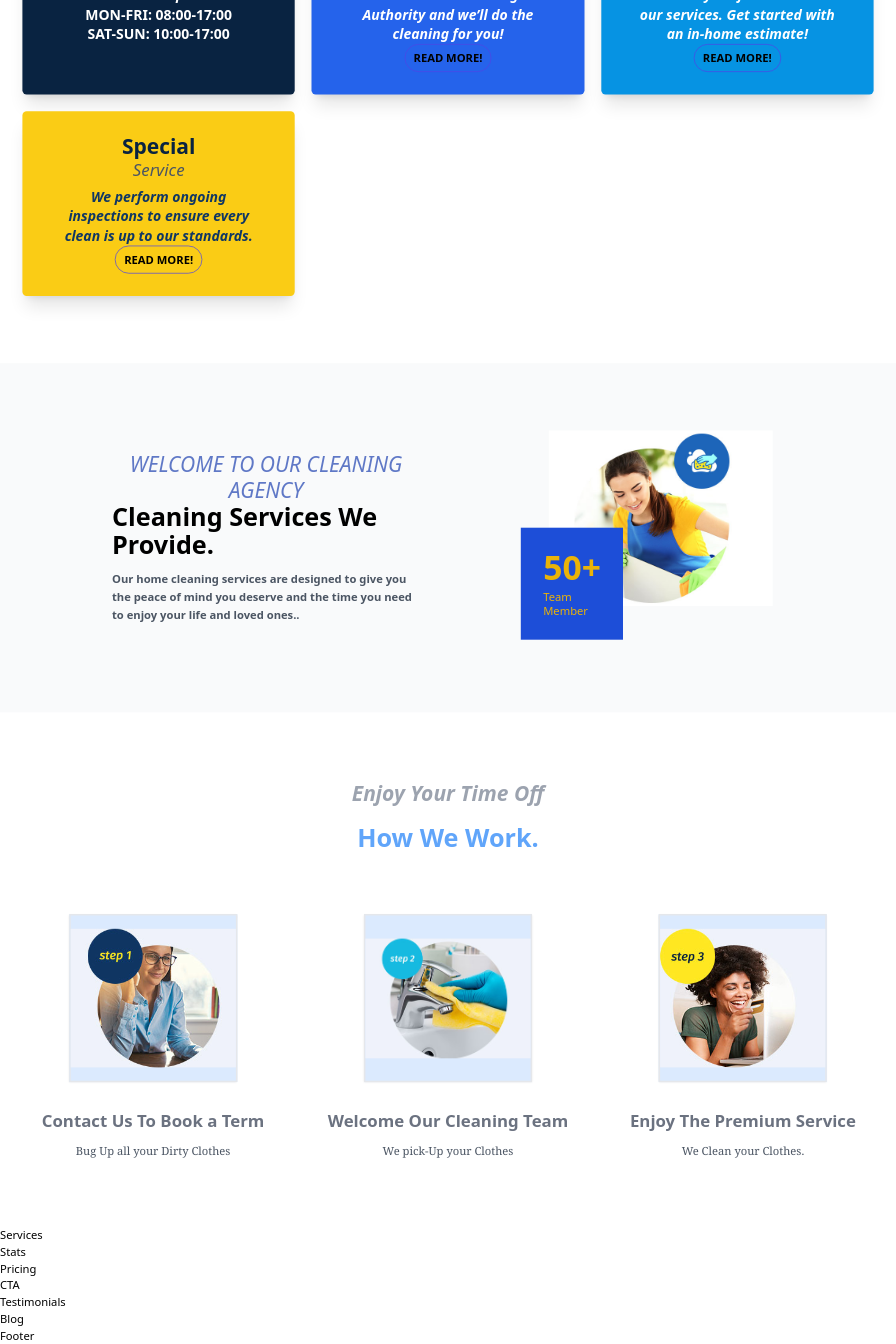
Repository: remydev47/cleonara
Page: /
An editor plug-in stored every save of this project. The page is shown before and after the next save, followed by the edit.
The browser window is 1280 px wide. The pictures show the part of the page from y = 1097 to 3017 px (the page is 3017 px tall before and 2967 px after), at 70% of full size.
The project was rebuilt for these pictures with package versions that can differ from the ones it lists, and the page was loaded fresh each time. The framework's server and built-in components were replaced by stand-ins that run in the browser. Also part of the build but not shown: next.config.js.

Above is the page before, as saved 2022-11-01 13:15:43.

### pages/_app.tsx
import '../styles/globals.css'
import type { AppProps } from 'next/app'
import Header from '../components/Header'

function MyApp({ Component, pageProps }: AppProps) {
  return(
    <>
      <Header />
      <Component {...pageProps} />
    </>

  )
}

export default MyApp

### pages/index.tsx
import type { NextPage } from 'next'
import Head from 'next/head'
import Image from 'next/image'
import { AboutUs, CTA, Hero, Offers, Pricing, Services, Blog, Stats, Steps, Testimonials, Footer } from '../components'

const Home: NextPage = () => {
  return (
    <div className="">
      <Head>
        <title>CLEONARA</title>
        <link rel="icon" href="/favicon.ico" />
      </Head>
      <Hero/>
      <Offers />
      <AboutUs />
      <Steps />
      <Services />
      <Stats />
      <Pricing />
      <CTA />
      <Testimonials />
      <Blog />
      <Footer />
    </div>
  )
}

export default Home

### components/Header.tsx
import React from 'react';
import { navLinks } from '../constants';
import Menupopover from './Menupopover';
import Image from 'next/image';
import Logo from './Logo';
import { Button } from './Button';

const Header = () => {
  return (
    <header className="fixed inset-x-0 bg-[#092341] z-20 flex justify-between items-center py-2 px-2 shadow-lg dark:bg-slate-900 sm:py-3 sm:px-8">
            <div className='flex grow-0 basis-1/3 md:hidden'>
                <Menupopover />
            </div>

             <div className='flex grow-0 ml-2 justify-center md:justify-start'>
                <Logo />

            </div>


            <ul className="list-none sm:flex hidden justify-center items-center flex-1">
            {navLinks.map((nav, index) => (
                <li
                key={nav.id}
                className={`font-bold cursor-pointer text-[16px] hover:text-blue-400
                   ${index === navLinks.length - 1 ? 'mr-0' : 'mr-10'}
                  text-white `}
                >
                    <a>{nav.title}</a>
                </li>
            ))}
           </ul>

          <div className='sm:flex hidden'>
            <Button variant='solid'>
              GET A QUOTE!
            </Button>
          </div>

        </header>
  )
}

export default Header

### components/index.ts
import Hero from "./Hero";
import Offers from "./Offers";
import AboutUs from "./AboutUs";
import Steps from "./Steps";
import Services from "./Services";
import Stats from "./Stats";
import Pricing from "./Pricing";
import CTA from "./CTA";
import Testimonials from "./Testimonials";
import Blog from "./Blog";
import Footer from "./Footer";

export {
    Hero, Offers, AboutUs, Steps, Services, Stats, Pricing, CTA, Testimonials, Blog, Footer
}

### constants/index.ts
export const navLinks=[
    {
        id:"home",
        title:"Home",
    },
    {
        id:"services",
        title:"Services",
    },
    {
        id:"AboutUs",
        title:"AboutUs",
    },
    {
        id:"pricing",
        title:"Pricing",
    },
    {
        id:"blog",
        title:"Blog",
    },
    {
        id:"reviews",
        title:"Reviews",
    },
    {
        id:"contacts",
        title:"Contacts",
    },
]

### components/Menupopover.tsx
import React, {useState, Fragment} from 'react';
import { navLinks } from '../constants';
import { IconButton, Button } from './Button';
import { Transition, Dialog } from '@headlessui/react';
import Logo from './Logo';
import Image from 'next/image';

const Menupopover = () => {
  const [isOpen, setIsOpen] = useState(false)

  return (
    <div>
    <IconButton
      variant='ghost'
      aria-label='menu'
      onClick={() => setIsOpen(!isOpen)}
    >
      <svg className='h-6 w-6 ' fill='none' stroke='currentColor'>
        <path
          strokeLinecap='round'
          strokeLinejoin='round'
          strokeWidth={2}
          d='M4 6h16M4 12h16M4 18h16'
        />
      </svg>
    </IconButton>
    <Transition
      show={isOpen}
      appear
      as={Fragment}
      enter='transform transition ease-in-out duration-300'
      enterFrom='-translate-x-full'
      enterTo='translate-x-0'
      leave='transform transition ease-in-out duration-300 delay-200'
      leaveFrom='translate-x-0'
      leaveTo='-translate-x-full'
     >
     <Dialog
       as='div'
       className={`fixed inset-0 z-50`}
       onClose={setIsOpen}
       open={isOpen}
       >
       <Transition.Child
         as={Fragment}
         enter='ease-out duration-300 delay-300'
         enterFrom='opacity-0'
         enterTo='opacity-100'
         leave='ease-in duration-200'
         leaveFrom='opacity-100'
         leaveTo='opacity-0'
       >

        <Dialog.Overlay
          className={`fixed inset-0 bg-black/20 backdrop-blur-sm dark:bg-gray-900/80`}
         />
      </Transition.Child>
       <div className={styles.dialogcontainer}>
        <a className='mx-auto mt-4 flex w-[140px] '>
          <Logo />
        </a>
        <ul
            className={styles.navWrapper2}
         >
            {navLinks.map((nav, index) => (
                <li
                 key={nav.id}
                 className={` font-bold cursor-pointer text-[16px]
                  mt-2 border-t border-slate-200 py-4 dark:border-slate-600
                  ${index === navLinks.length - 1 ? 'mr-0' : 'mb-4'}
                  text-white `}
                >
                 <a href={`#${nav.id}`}>
                    {nav.title}
                 </a>
                </li>
             ))}
         </ul>

        <IconButton
          variant='ghost'
          aria-label='close menu'
          className='absolute top-5 right-5'
          onClick={() => setIsOpen(false)}
        >
          <svg
            viewBox='0 0 10 10'
            className='h-2.5 w-2.5 overflow-visible'
            aria-hidden='true'
          >
            <path
                d='M0 0L10 10M10 0L0 10'
                fill='none'
                stroke='currentColor'
                strokeWidth='2'
                strokeLinecap='round'
              />
          </svg>
        </IconButton>
       </div>
     </Dialog>
    </Transition>
  </div>
  )
}

export default Menupopover;

const styles ={
  dialogcontainer:`fixed top-0 bottom-0 left-0 w-full max-w-xs rounded-r-xl bg-[#092341] p-6 shadow-lg dark:bg-gray-800`,
  menuitems:`group relative flex h-9 items-center oveflow-hidden rounded-md hover:bg-slate-200/50`,
  navWrapper2:`list-none flex flex-col justify-end items-center flex-1`,
}

### components/Logo.tsx
import React from 'react'
import Image from 'next/image'

const Logo = () => {
  return (
    <div>
        <Image
          src='/images/logo.png'
          alt='Cleonara'
          height={80}
          width={150}
        />
    </div>
  )
}

export default Logo

### components/Button/index.tsx
import React, { forwardRef } from "react";
//import { __DEV__ } from "../../utils/assertions";

type BaseButtonProps = Omit<React.HTMLProps<HTMLButtonElement>, "size">;

/* === Button Element === */

export interface ButtonProps extends BaseButtonProps {
  children: React.ReactNode;
  fullWidth?: boolean;
  className?: string;
  variant?: "solid" | "outline" | "ghost";
  size?: "sm" | "md" | "lg";
  as?: string;
  isExternal?: boolean;
  type?: "button" | "submit" | "reset";
}

export const Button = forwardRef<HTMLButtonElement, ButtonProps>(
  (
    {
      children,
      variant = "solid",
      size = "md",
      fullWidth = false,
      className,
      as = "button",
      isExternal = false,
      ...rest
    },
    ref
  ) => {
    let tempClassNames: string[] = [];

    const sharedClasses = [
      "capitalize",
      "focus:outline-none",
      "focus:ring-2",
      "focus:ring-indigo-400",
      "focus:ring-offset-2",
      "focus:ring-offset-indigo-50",
      "font-semibold",
      "rounded-full",
      "inline-flex",
      "flex-shrink-0",
      "items-center",
      "justify-center",
      "transition-colors",
      "ease-in-out",
      "duration-500",
    ];

    if (fullWidth) sharedClasses.push("w-full");

    // handle variants
    let btnSolid = ["bg-indigo-600", "hover:bg-indigo-700", "text-white"];
    let btnOutline = [
      "dark:text-white",
      "hover:text-indigo-700",
      "hover:dark:text-indigo-700",
      "bg-transparent",
      "hover:bg-indigo-50",
      "border",
      "border-indigo-600",
    ];
    let btnGhost = [
      "bg-transparent",
      "dark:text-white",
      "hover:bg-indigo-50",
      "hover:text-indigo-700",
      "hover:dark:text-indigo-700",
    ];

    if (variant === "solid") {
      tempClassNames = [...sharedClasses, ...btnSolid];
    } else if (variant === "outline") {
      tempClassNames = [...sharedClasses, ...btnOutline];
    } else if (variant === "ghost") {
      tempClassNames = [...sharedClasses, ...btnGhost];
    }

    // handle sizes
    let sizeSm = ["h-8", "px-2", "text-sm"];
    let sizeMd = ["h-10", "px-3"];
    let sizeLg = ["h-12", "px-4", "text-lg"];

    if (size === "sm") {
      tempClassNames = [...tempClassNames, ...sizeSm];
    } else if (size === "md") {
      tempClassNames = [...tempClassNames, ...sizeMd];
    } else if (size === "lg") {
      tempClassNames = [...tempClassNames, ...sizeLg];
    }

    let classes = tempClassNames.join(" ");

    let Element = as ? (
      React.createElement(
        as,
        {
          className: `${classes} ${className}`,
          target: isExternal ? "_blank" : undefined,
          rel: isExternal ? "noopener noreferrer" : undefined,
          ref,
          ...rest,
        },
        children
      )
    ) : (
      <button {...rest} className={`${classes} ${className}`} ref={ref}>
        {children}
      </button>
    );

    return Element;
  }
);

// if (__DEV__) {
//   Button.displayName = "Button";
// }

/* === IconButton Element === */

export interface IconButtonProps extends ButtonProps {
  icon?: React.ReactElement;
  "aria-label": string;
}

export const IconButton = forwardRef<HTMLButtonElement, IconButtonProps>(
  (
    {
      children,
      icon,
      className,
      "aria-label": ariaLabel,
      size = "md",
      ...rest
    },
    ref
  ) => {
    let sharedClasses = ["rounded-full", "!px-0"];

    // handle sizes
    let sizeSm = ["w-8"];
    let sizeMd = ["w-10"];
    let sizeLg = ["w-12"];

    if (size === "sm") {
      sharedClasses = [...sharedClasses, ...sizeSm];
    } else if (size === "md") {
      sharedClasses = [...sharedClasses, ...sizeMd];
    } else if (size === "lg") {
      sharedClasses = [...sharedClasses, ...sizeLg];
    }

    /**
     * Passing the icon as prop or children should work
     */
    const element = icon || children;
    const _children = React.isValidElement(element)
      ? React.cloneElement(element as any, {
          "aria-hidden": true,
          focusable: false,
        })
      : null;

    let classes = sharedClasses.join(" ");
    return (
      <Button
        className={`${classes} ${className}`}
        aria-label={ariaLabel}
        size={size}
        {...rest}
        ref={ref}
      >
        {_children}
      </Button>
    );
  }
)

### components/Hero.tsx
import React from 'react'

const Hero = () => {
  return (
    <section className='relative pt-48 pb-12 xl:pt-60 sm:pb-16 lg:pb-32 xl:pb-48 2xl:pb-56'>
    <div className="absolute inset-0">
     <img className="object-cover w-full h-full" src="/images/7.jpg" alt="" />
    </div>
   <div className='relative'>
    <div className="px-6 mx-auto sm:px-8 lg:px-12 max-w-7xl">
      <div className="w-full lg:w-2/3 xl:w-1/2">
        <h1 className="font-serif text-xl font-bold tracking-tight text-white text-opacity-70 text-center">Proffesional Cleaning Services</h1>
        <p className="mt-6 tracking-tighter text-[#656b72]">
          <span className="font-sans font-bold text-6xl">BEST CLEANING </span><br />
          <span className="font-serif italic font-BOLD text-7xl">SERVICES IN TOWN</span>
        </p>
        <p className="mt-8 font-erif text-xl font-normal text-[#656b72]">
         Our professional and experienced cleaning staff does the job right the first time are Carefully selected Give them a deep.
        </p>
      </div>
    </div>
   </div>
  </section>
  )
}

export default Hero

### components/Offers.tsx
import React from 'react'
import { Button } from './Button'

const Offers = () => {
  return (
    <section className="bg-[#fff] sm:py-16 lg:py-24">
    <div className="px-4 mx-auto max-w-7xl sm:px-6 lg:px-8">
    <div className="max-w-2xl mx-auto text-center">
      <h2 className="text-xl italic font-semibold leading-tight text-black  lg:text-2xl">What We Offer</h2>
    </div>

    <div className="grid max-w-md grid-cols-1 gap-6 mx-auto mt-8 text-center lg:max-w-full lg:mt-16 lg:grid-cols-3">

        <div className="overflow-hidden bg-[#092341] shadow-xl border-gray-300 rounded-md">
          <div className="p-8 xl:px-12 flex flex-col items-center justify-center">
             <div className='flex flex-col'>
               <h1 className='text-3xl font-semibold text-white'>Opening</h1>
               <span className='italic text-2xl text-blue-400'>HOURS</span>
             </div>
             <h2 className='font-bold text-xl italic text-white text-center mt-2'>
               We are Open
             </h2>
             <p className='text-xl text-white text-center font-bold'>
               MON-FRI: 08:00-17:00
             </p>
             <p className='text-xl text-white text-center font-bold'>
               SAT-SUN: 10:00-17:00
             </p>
          </div>
        </div>

        <div className="overflow-hidden bg-blue-600 shadow-xl border-gray-300 rounded-md">
          <div className="p-8 xl:px-12 flex flex-col items-center justify-center">
             <div className='flex flex-col'>
               <h1 className='text-3xl font-semibold text-white'>Commercial</h1>
               <span className='italic text-2xl text-yellow-400'>Service</span>
             </div>
             <h2 className='font-bold text-xl italic text-white text-center mt-2'>
                Contact The Cleaning Authority and we’ll do the cleaning for you!
             </h2>
             <p>
              <Button variant='outline'>
                READ MORE!
              </Button>
             </p>
          </div>
        </div>


        <div className="overflow-hidden bg-[#0693e3] shadow-xl border-gray-300 rounded-md">
          <div className="p-8 xl:px-12 flex flex-col items-center justify-center">
             <div className='flex flex-col'>
               <h1 className='text-3xl font-semibold text-white'>Residential</h1>
               <span className='italic text-2xl text-yellow-400'>Services</span>
             </div>
             <h2 className='font-bold text-xl italic text-white text-center mt-2'>
               Invest in your free time with our services. Get started with an in-home estimate!
             </h2>
             <p>
              <Button variant='outline'>
                READ MORE!
              </Button>
             </p>
          </div>
        </div>

        <div className="overflow-hidden bg-yellow-400 shadow-xl border-gray-300 rounded-md">
          <div className="p-8 xl:px-12 flex flex-col items-center justify-center">
             <div className='flex flex-col'>
               <h1 className='text-3xl font-semibold text-[#092341]'>Special</h1>
               <span className='italic text-2xl text-gray-600'>Service</span>
             </div>
             <h2 className='font-bold text-xl italic text-[#0f3664] text-center mt-2'>
              We perform ongoing inspections to ensure every clean is up to our standards.
             </h2>
             <p>
              <Button variant='outline'>
                READ MORE!
              </Button>
             </p>
          </div>
        </div>

    </div>
</div>
</section>
  )
}

export default Offers

### components/AboutUs.tsx
import React from 'react'

const AboutUs = () => {
  return (
    <section className="py-6 bg-gray-50 sm:py-16 lg:py-24">
    <div className="max-w-5xl px-4 mx-auto sm:px-6 lg:px-8">
        <div className="grid items-center grid-cols-1 gap-y-6 md:grid-cols-2 md:gap-x-20">
            <div className="">
                <h1 className='text-3xl italic text-blue-800/70 text-center'>WELCOME TO OUR CLEANING AGENCY</h1>
                <h2 className="text-4xl font-bold leading-tight text-black sm:text-4xl lg:text-4xl">Cleaning Services We Provide.</h2>
                <p className="mt-4 text-base leading-relaxed text-gray-600 font-semibold">
                 Our home cleaning services are designed to give you the peace of mind you deserve and the time you need to enjoy your life and loved ones..
                </p>
            </div>

            <div className=" pl-20 pr-6 sm:pl-6 md:px-0">
                <div className="relative w-full max-w-xs mt-4 mb-10 ml-auto">
                 <img className="relative -top-4 -left-4" src="/images/Cleaning.jpg" alt="" />



                    <div className="absolute -bottom-10 -left-16 m-2">


                          <div className="px-8 py-8 bg-blue-700">
                               <span className="block text-4xl font-bold text-yellow-500 lg:text-5xl"> 50+ </span>
                                <span className="block mt-2 text-base leading-tight text-yellow-500"> Team<br />Member</span>
                            </div>
                    </div>
                </div>
            </div>
        </div>
    </div>
</section>
  )
}

export default AboutUs

### components/Steps.tsx
import React from 'react'

const Steps = () => {
  return (
    <section className="py-10  bg-white sm:py-16 lg:py-24">
    <div className="px-4 mx-auto max-w-7xl sm:px-6 lg:px-8">
        <div className="max-w-2xl mx-auto text-center">
            <h2 className="text-3xl italic font-semibold leading-tight text-gray-400">Enjoy Your Time Off</h2>
            <p className="mx-auto mt-4 text-4xl font-bold leading-relaxed text-blue-400">
              How We Work.
            </p>
        </div>

        <div className="relative mt-12 lg:mt-20">


            <div className="relative grid grid-cols-1 text-center gap-y-12 md:grid-cols-3 gap-x-12">
                <div>
                    <div className="flex items-center justify-center w-60 h-60 mx-auto bg-blue-100 border-2 border-gray-200 shadow">
                        <span className="text-xl font-semibold text-gray-700">
                            <img src='/images/step-1.jpg' className='h-full w-full ' />
                        </span>
                    </div>
                    <h3 className="mt-6 text-2xl font-bold leading-tight text-gray-500 md:mt-10">Contact Us To Book a Term</h3>
                    <p className="mt-4 font-serif text-base text-gray-600">Bug Up all your Dirty Clothes</p>
                </div>

                <div>
                    <div className="flex items-center justify-center w-60 h-60 mx-auto bg-blue-100 border-2 border-gray-200 shadow">
                        <span className="text-xl font-semibold text-gray-700">
                          <img src='/images/step-2.jpg' className='h-full w-full ' />
                        </span>
                    </div>
                    <h3 className="mt-6 text-2xl font-bold leading-tight text-gray-500 md:mt-10">Welcome Our Cleaning Team</h3>
                    <p className="mt-4 font-serif text-base text-gray-600">We pick-Up your Clothes</p>
                </div>

                <div>
                    <div className="flex items-center justify-center w-60 h-60 mx-auto bg-blue-100 border-2 border-gray-200 shadow">
                        <span className="text-xl font-semibold text-gray-700">
                        <img src='/images/step-3.jpg' className='h-full w-full ' />
                        </span>
                    </div>
                    <h3 className="mt-6 text-2xl font-bold leading-tight text-gray-500 md:mt-10">Enjoy The Premium Service</h3>
                    <p className="mt-4 font-serif text-base text-gray-600">We Clean your Clothes.</p>
                </div>

            </div>
        </div>
    </div>
 </section>
  )
}

export default Steps

Loaded but not shown: styles/globals.css (common file); components/Services.tsx (common file); components/Stats.tsx (common file); components/Pricing.tsx (common file); components/CTA.tsx (common file); components/Testimonials.tsx (common file); components/Blog.tsx (common file); components/Footer.tsx (common file); tailwind.config.js (common file)

After the next save:
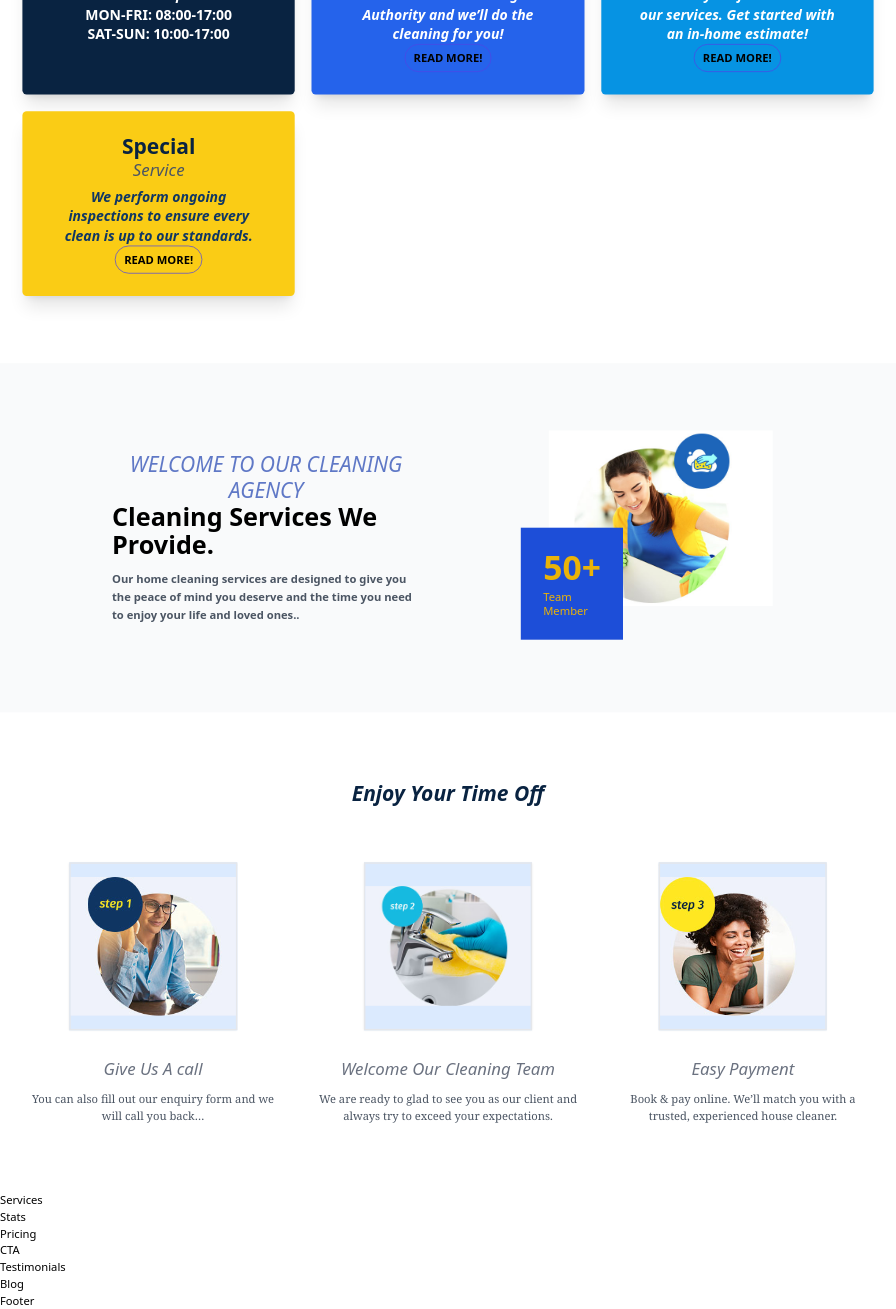
Saved 2 min 56 s later.
--- a/components/Steps.tsx
+++ b/components/Steps.tsx
@@ -5,10 +5,8 @@ const Steps = () => {
     <section className="py-10  bg-white sm:py-16 lg:py-24">
     <div className="px-4 mx-auto max-w-7xl sm:px-6 lg:px-8">
         <div className="max-w-2xl mx-auto text-center">
-            <h2 className="text-3xl italic font-semibold leading-tight text-gray-400">Enjoy Your Time Off</h2>
-            <p className="mx-auto mt-4 text-4xl font-bold leading-relaxed text-blue-400">
-              How We Work.
-            </p>
+            <h2 className="text-3xl italic font-semibold leading-tight text-[#092341]">Enjoy Your Time Off</h2>
+
         </div>
 
         <div className="relative mt-12 lg:mt-20">
@@ -21,8 +19,8 @@ const Steps = () => {
                             <img src='/images/step-1.jpg' className='h-full w-full ' />
                         </span>
                     </div>
-                    <h3 className="mt-6 text-2xl font-bold leading-tight text-gray-500 md:mt-10">Contact Us To Book a Term</h3>
-                    <p className="mt-4 font-serif text-base text-gray-600">Bug Up all your Dirty Clothes</p>
+                    <h3 className="mt-6 text-2xl italic leading-tight text-gray-500 md:mt-10">Give Us A call</h3>
+                    <p className="mt-4 font-serif text-base text-gray-600">You can also fill out our enquiry form and we will call you back…</p>
                 </div>
 
                 <div>
@@ -31,8 +29,8 @@ const Steps = () => {
                           <img src='/images/step-2.jpg' className='h-full w-full ' />
                         </span>
                     </div>
-                    <h3 className="mt-6 text-2xl font-bold leading-tight text-gray-500 md:mt-10">Welcome Our Cleaning Team</h3>
-                    <p className="mt-4 font-serif text-base text-gray-600">We pick-Up your Clothes</p>
+                    <h3 className="mt-6 text-2xl italic leading-tight text-gray-500 md:mt-10">Welcome Our Cleaning Team</h3>
+                    <p className="mt-4 font-serif text-base text-gray-600">We are ready to glad to see you as our client and always try to exceed your expectations.</p>
                 </div>
 
                 <div>
@@ -41,8 +39,8 @@ const Steps = () => {
                         <img src='/images/step-3.jpg' className='h-full w-full ' />
                         </span>
                     </div>
-                    <h3 className="mt-6 text-2xl font-bold leading-tight text-gray-500 md:mt-10">Enjoy The Premium Service</h3>
-                    <p className="mt-4 font-serif text-base text-gray-600">We Clean your Clothes.</p>
+                    <h3 className="mt-6 text-2xl italic leading-tight text-gray-500 md:mt-10">Easy Payment</h3>
+                    <p className="mt-4 font-serif text-base text-gray-600">Book & pay online. We’ll match you with a trusted, experienced house cleaner.</p>
                 </div>
 
             </div>
